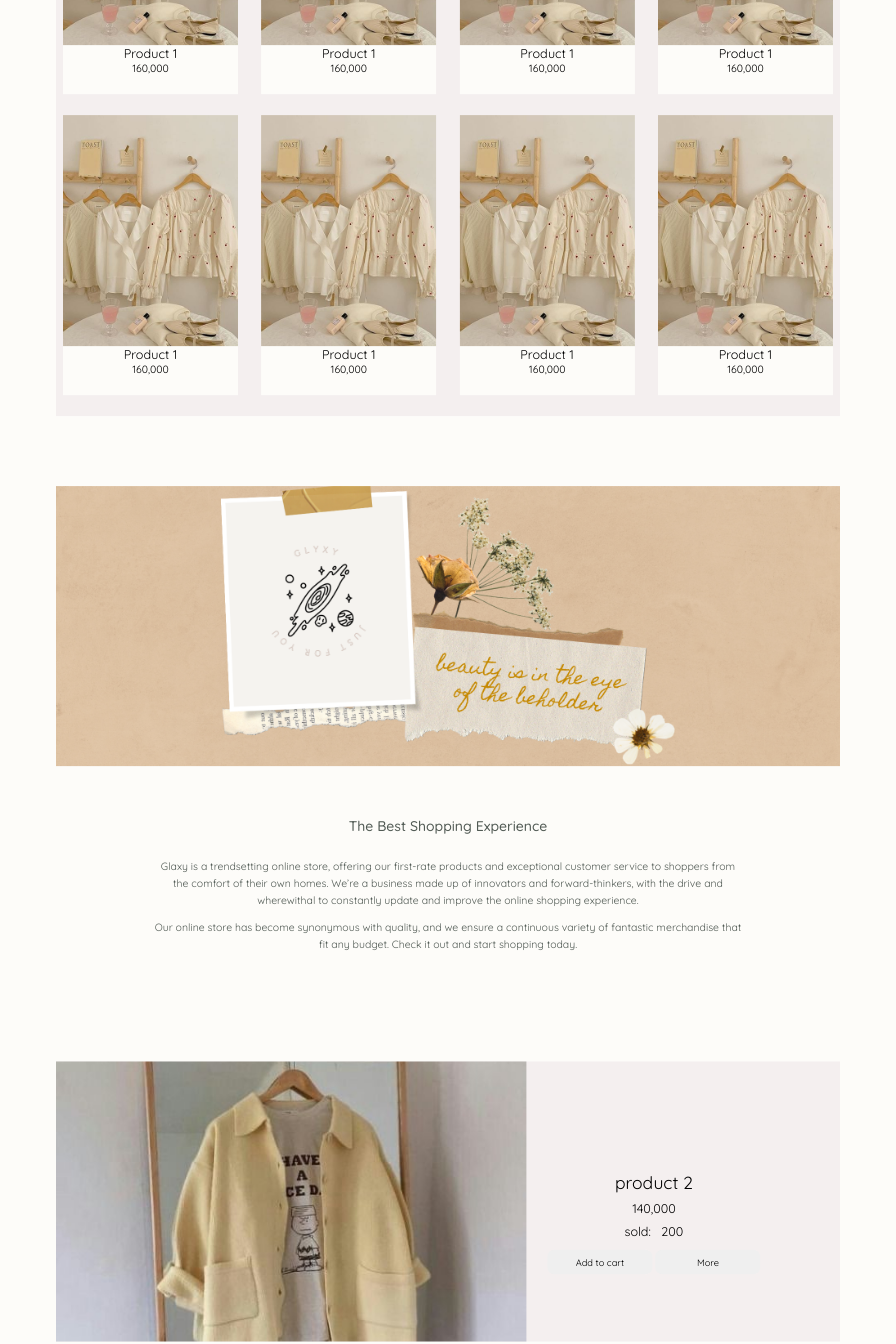
Repository: nganha241/store
Page: index.html
An editor plug-in stored every save of this project. The page is shown before and after the next save, followed by the edit.
The browser window is 1280 px wide. The pictures show the part of the page from y = 1799 to 3719 px (the page is 3719 px tall), at 70% of full size.
Some web libraries are served in a nearby version.

Above is the page before, as saved 2022-04-17 09:14:17.

### index.html
<!DOCTYPE html>
<html lang="en">
  <head>
    <meta charset="UTF-8" />
    <meta http-equiv="X-UA-Compatible" content="IE=edge" />
    <meta name="viewport" content="width=device-width, initial-scale=1.0" />
    <title>Document</title>
    <link rel="stylesheet" href="style.css" />
  </head>
  <body>
    <div class="header">
      <div class="tools">
        <div class="notification">
          <i class="fa-solid fa-bell"></i>
        </div>
        <div class="account">
          <i class="fa-solid fa-circle-user"></i>
          <span><i class="fa-solid fa-angle-down"></i></span>
        </div>
        <div class="cart">
          <i class="fa-solid fa-bag-shopping"></i>
        </div>
      </div>
      <hr />
      <nav>
        <div class="logo"><a href="#">Glyxy</a></div>
        <ul class="menu">
          <li><a href="#">Home</a></li>
          <li><a href="#">New Collection</a></li>
          <li><a href="#">Shop</a></li>
          <li><a href="#">About Us</a></li>
          <li><a href="#">Support</a></li>
        </ul>
      </nav>
      <div class="banner">
        <div class="slogan">
          <h4>One-of-a-Kind Items</h4>
          <p>Easy, Fun Shopping</p>
        </div>
        <div class="img-banner">
          <img src="./img/banner.jpg" alt="" />
        </div>
      </div>
    </div>
    <div class="section">
      <div class="into-title">
        <h1>Welcome</h1>
      </div>
      <div class="intro">
        <div class="intro-card">
          <div class="intro-img">
            <img src="./img/intro/i1.jpg" alt="" />
          </div>
        </div>
        <div class="intro-card">
          <div class="intro-img">
            <img src="./img/intro/i2.jpg" alt="" />
          </div>
        </div>
        <div class="intro-card">
          <div class="intro-img">
            <img src="./img/intro/i3.jpg" alt="" />
          </div>
        </div>
        <div class="intro-card">
          <div class="intro-img">
            <img src="./img/intro/i4.jpg" alt="" />
          </div>
        </div>
        <div class="intro-card">
          <div class="intro-img">
            <img src="./img/intro/i5.jpg" alt="" />
          </div>
        </div>
      </div>
      <div class="pro-title">
        <h2><a href="#">Products >></a></h2>
      </div>
      <div class="products">
        <div class="card">
          <div class="pro-img">
            <img src="./img/products/p1.jpg" alt="" />
          </div>
          <div class="pro-name">Product 1</div>
          <div class="pro-price">160,000</div>
          <div class="add-cart">
            <button>Add to cart</button>
          </div>
        </div>
        <div class="card">
          <div class="pro-img">
            <img src="./img/products/p1.jpg" alt="" />
          </div>
          <div class="pro-name">Product 1</div>
          <div class="pro-price">160,000</div>
          <div class="add-cart">
            <button>Add to cart</button>
          </div>
        </div>
        <div class="card">
          <div class="pro-img">
            <img src="./img/products/p1.jpg" alt="" />
          </div>
          <div class="pro-name">Product 1</div>
          <div class="pro-price">160,000</div>
          <div class="add-cart">
            <button>Add to cart</button>
          </div>
        </div>
        <div class="card">
          <div class="pro-img">
            <img src="./img/products/p1.jpg" alt="" />
          </div>
          <div class="pro-name">Product 1</div>
          <div class="pro-price">160,000</div>
          <div class="add-cart">
            <button>Add to cart</button>
          </div>
        </div>
        <div class="card">
          <div class="pro-img">
            <img src="./img/products/p1.jpg" alt="" />
          </div>
          <div class="pro-name">Product 1</div>
          <div class="pro-price">160,000</div>
          <div class="add-cart">
            <button>Add to cart</button>
          </div>
        </div>
        <div class="card">
          <div class="pro-img">
            <img src="./img/products/p1.jpg" alt="" />
          </div>
          <div class="pro-name">Product 1</div>
          <div class="pro-price">160,000</div>
          <div class="add-cart">
            <button>Add to cart</button>
          </div>
        </div>
        <div class="card">
          <div class="pro-img">
            <img src="./img/products/p1.jpg" alt="" />
          </div>
          <div class="pro-name">Product 1</div>
          <div class="pro-price">160,000</div>
          <div class="add-cart">
            <button>Add to cart</button>
          </div>
        </div>
        <div class="card">
          <div class="pro-img">
            <img src="./img/products/p1.jpg" alt="" />
          </div>
          <div class="pro-name">Product 1</div>
          <div class="pro-price">160,000</div>
          <div class="add-cart">
            <button>Add to cart</button>
          </div>
        </div>
      </div>
      <div class="about-us">
        <div class="about-img">
          <img src="./img/about/about.png" alt="" />
        </div>
        <div class="about-text">
          <h5>The Best Shopping Experience</h5>
          <p>
            Glaxy is a trendsetting online store, offering our first-rate
            products and exceptional customer service to shoppers from the
            comfort of their own homes. We’re a business made up of innovators
            and forward-thinkers, with the drive and wherewithal to constantly
            update and improve the online shopping experience.
          </p>
          <p>
            Our online store has become synonymous with quality, and we ensure a
            continuous variety of fantastic merchandise that fit any budget.
            Check it out and start shopping today.
          </p>
        </div>
      </div>
      <div class="featured">
        <div class="slider">
          <div class="featured-img">
            <img src="./img/products/p2.jpg" alt="" />
          </div>
          <div class="featured-more">
            <div class="featured-name">product 2</div>
            <div class="featured-price">140,000</div>
            <div class="featured-sold">sold: <span>200</span></div>
            <div class="featured-choose">
              <button class="add">Add to cart</button>
              <button class="more">More</button>
            </div>
          </div>
        </div>
      </div>
      <div class="support"></div>
    </div>
    <div class="footer">
      <!-- <div class="coppyright">
        <i class="fa fa-copyright" aria-hidden="true"></i>
        <span>2022 by NganHa</span>
      </div> -->
    </div>

    <script
      src="https://kit.fontawesome.com/ae971d7ee0.js"
      crossorigin="anonymous"
    ></script>
    <script src="./main.js"></script>
  </body>
</html>

### style.css
@import url('https://fonts.googleapis.com/css2?family=Quicksand:wght@300;400;500;600;700&family=Space+Grotesk:wght@300;400&display=swap');

* {
    font-family: 'Quicksand', sans-serif;
    box-sizing: border-box;
}

body {
    background: #fdfcf9;
    position: relative;
    height: auto;
    padding: 0;
    margin: 0;
}

a {
    text-decoration: none;
}

li {
    list-style: none;
}

.header {
    padding: 40px 80px;
}

.header .tools {
    display: flex;
    justify-content: flex-end;
    gap: 15px;
}

.header .tools .notification,
.header .tools .account,
.header .tools .cart {
    cursor: pointer;
}

.header .tools .fa-solid {
    font-size: 22px;
    color: #ae582d;
}

.header .tools .account span .fa-solid{
    font-size: 18px;
    color: #111;
    margin-left: 10px;
    margin-right: 15px;
}

.header .tools .account:hover .fa-solid{
    color: #ae582d;
}

.header hr {
    background: #48503c;
}

.header nav {
    display: flex;
    width: 100%;
}

.header nav .logo {
    width: 50%;
    padding-top: 20px;
}

.header nav .logo a{
    font-family: 'Space Grotesk', sans-serif;
    font-size: 30px;
    color: #48503c;
    font-weight: 100;

}

.header nav .logo a:hover {
    color: #111;
}

.header nav .menu {
    display: flex;
    gap: 15px;
    padding-top: 7px;
    justify-content: flex-end;
    width: 50%;
}

.header nav .menu li {
    float: left;
}

.header nav .menu li a {
    display: block;
    padding: 6px 0px 0px 15px;
    color: #48503c;
}

.header nav .menu li:hover a {
    color: #111;
}

.header .banner {
    width: 100%;
    height: 700px;
    display: flex;
    align-items: center;
    margin-top: 30px;
    position: relative;
}

.header .banner .slogan {
    width: 50%;
    padding-left: 60px;
    padding-right: 20px;
}

.header .banner .slogan h4 {
    color: #ae582d;
    font-family: 'Space Grotesk', sans-serif;
    font-size: 60px;
    font-weight: 200;
}

.header .banner .slogan p {
    font-size: 20px;
    color: #515a54;
    margin-top: -50px;
}

.header .banner .img-banner{
    width: 50%;
    height: 100%;
}

.header .banner .img-banner img {
    width: 100%;
    height: 100%;
    object-fit: cover;
}

.section {
    height: auto;
    margin-top: 100px;
    padding: 0 80px;
}

.section .into-title {
    margin-top: 100px;
    text-align: center;
}

.section .into-title h1 {
    font-family: 'Space Grotesk', sans-serif;
    font-size: 50px;
}

.section .intro {
    display: flex;
    flex-wrap: wrap;
    justify-content: space-between;
    margin-bottom: 100px;
    margin-top: 80px;
    gap: 10px;
}

.section .intro .intro-card .intro-img {
    width: 200px;
    height: 200px;
}

.section .intro .intro-card .intro-img img {
    width: 100%;
    height: 100%;
    border-radius: 50%;
}

.section .pro-title{
    height: auto;
    width: 200px;
    background: #f4e9c7;
    text-align: center;
    margin-bottom: -15px;
}

.section .pro-title h2 a{
    font-size: 30px;
    color: #48503c;
    font-weight: 200;
}

.section .products {
    display: flex;
    flex-wrap: wrap;
    justify-content: space-between;
    row-gap: 30px;
    padding: 30px 10px;
    background: rgb(244, 239, 239);
}

.section .products .card {
    width: 250px;
    height: 400px;
    background: #fdfcf9;
    text-align: center;
    cursor: pointer;
    transition: 0.4s;
    position: relative;
}

.section .products .card:hover {
    transform: scale(1.1 , 1.1);
    background: rgba(255, 255, 255, 0.4);

}

.section .products .card .pro-img {
    height: 330px;
}

.section .products .card .pro-img img{
    width: 100%;
    height: 100%;
    object-fit: cover;
}

.section .products .card .pro-name {
    font-size: 18px;
}

.section .products .card .pro-price {
    font-size: 15px;
}

.section .products .card .add-cart {
    margin-top: -220px;

}

.section .products .card .add-cart button{
    opacity: 0;
    height: 40px;
    background: #ae582d;
    border: 0;
    cursor: pointer;
    transition: 0.4s;
    color: #fff;
}

.section .products .card:hover .add-cart button {
    transition: 0.4s;
    opacity: 1;
}

.section .products .card .add-cart button:hover {
    transform: scale(1.1);
}

.about-us {
    margin-top: 100px;
}

.about-img {
    height: 400px;
}

.about-img img{
    width: 100%;
    height: 100%;
    object-fit: cover;
}

.about-us .about-text {
    padding: 40px 140px;
    text-align: center;
    color: #515a54;
}

.about-us .about-text h5 {
    font-size: 20px;
    font-weight: 500;
}

.about-us .about-text p {
    line-height: 1.6;
    font-size: 15px;
}

.section .featured {
    height: auto;
    margin-top: 100px;
    background: rgb(244, 239, 239);
}

.section .featured .slider {
    height: 400px;
    display: flex;
    gap: 30px;
}

.section .featured .slider .featured-img {
    width: 60%;
}

.section .featured .slider .featured-img img{
    height: 100%;
    width: 100%;
    object-fit: cover;
}

.section .featured .slider .featured-more {
    text-align: center;
    padding-top: 150px;
    line-height: 1.8;
}

.section .featured .slider .featured-more .featured-name {
    font-size: 25px;
}

.section .featured .slider .featured-more .featured-price {
    font-size: 18px;
}

.section .featured .slider .featured-more .featured-sold {
    font-size: 18px;
}

.section .featured .slider .featured-more .featured-sold span {
    margin-left: 10px;
}

.section .featured .slider .featured-more .featured-choose {
    margin-top: 10px;
}

.section .featured .slider .featured-more .featured-choose button {
    width: 150px;
    height: 35px;
    border-radius: 10px;
    border: 0;
}

/* .footer {
    width: auto;
    height: 200px;
    background: rgb(244, 239, 239);
    text-align: center;

}

.footer .coppyright {
    padding-top: -200px;
} */

### main.js
const banners = document.querySelectorAll(".img-banner .image img");
const slider = document.querySelector(".slider img");

let countIndex = 0;
let currentIndex;

// setInterval(
//   banners.forEach((banner, index) => {
//     currentIndex = countIndex;
//     countIndex = index;
//     console.log(currentIndex);
//     console.log(countIndex);
//     slider.src = banner.src;
//   }),
//   1000
// );

banners.forEach((banner) => {
  currentIndex = countIndex;
  countIndex++;
  console.log(currentIndex);
  console.log(countIndex);
  slider.src = banner.src;
});

After the next save:
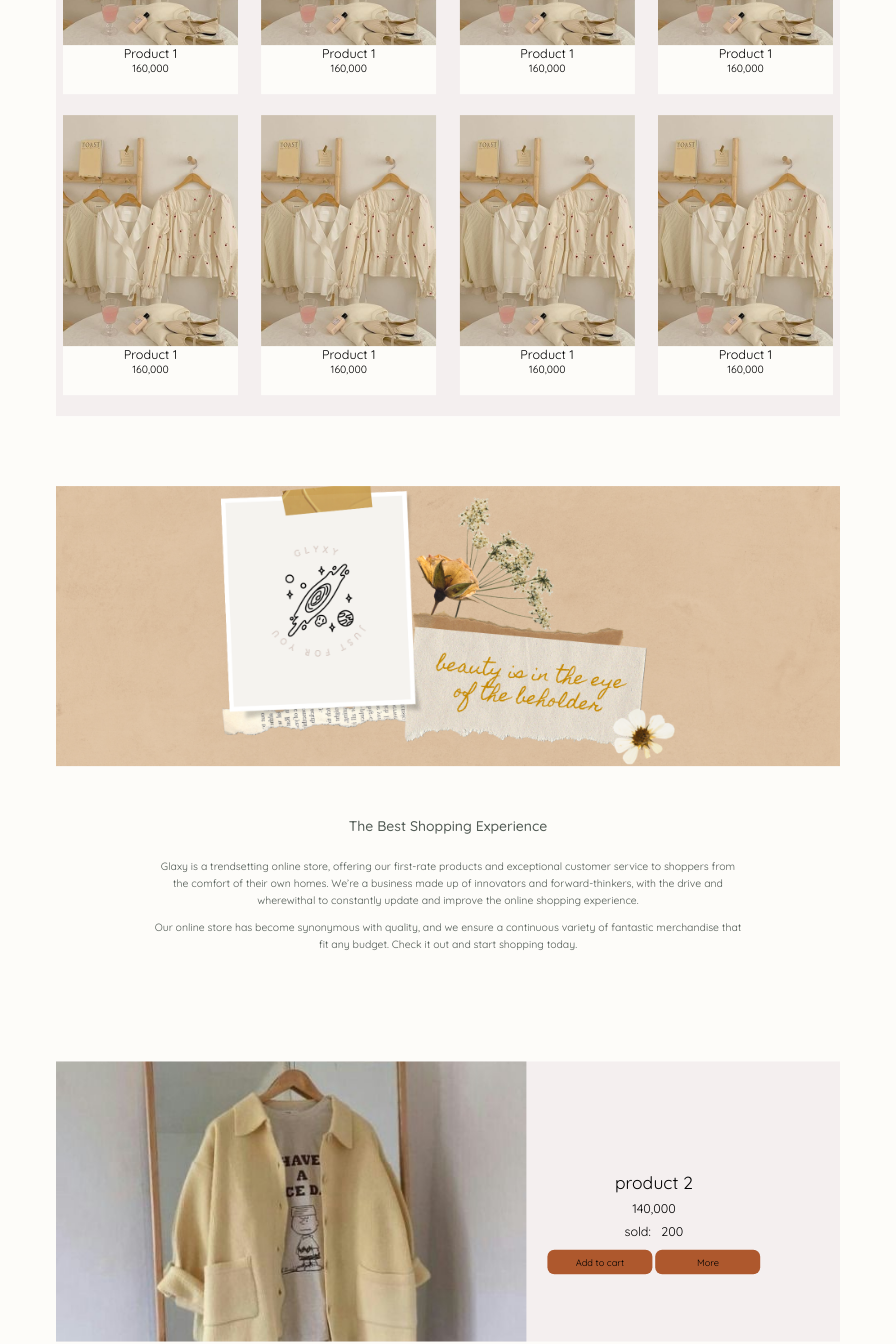
Saved 18 s later.
--- a/style.css
+++ b/style.css
@@ -340,6 +340,7 @@ li {
     height: 35px;
     border-radius: 10px;
     border: 0;
+    background: #ae582d;
 }
 
 /* .footer {
